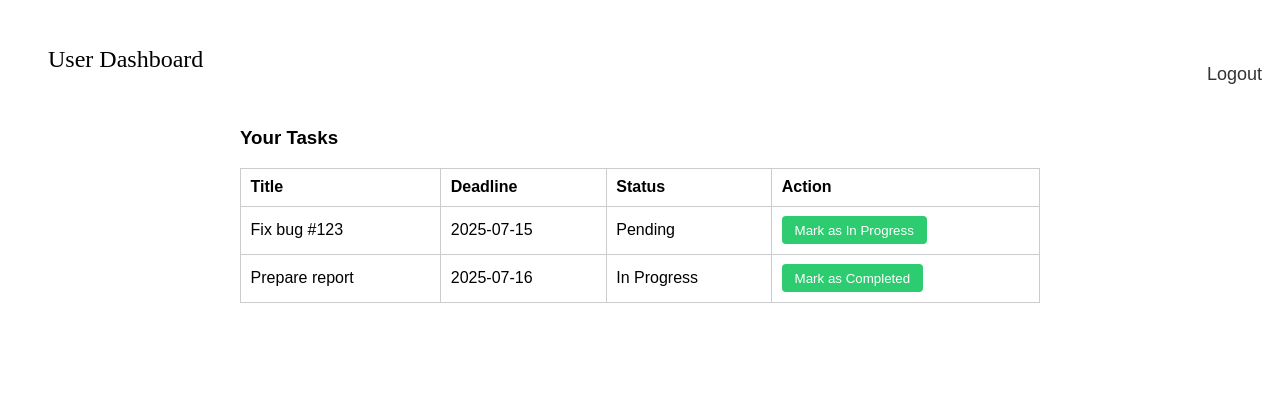
Repository: Edmund-Kiama/todoPHP
Page: /user (app in task-manager-frontend/)
An editor plug-in stored every save of this project. The page is shown before and after the next save, followed by the edit.
The browser window is 1280 px wide. The pictures show the whole page.
The project was rebuilt for these pictures with package versions that can differ from the ones it lists, and the page was loaded fresh each time. Also part of the build but not shown: task-manager-frontend/vite.config.js, task-manager-frontend/src/components/Login/login.css, task-manager-frontend/src/components/Login/Login.vue, task-manager-frontend/src/components/Admin/admin.css, task-manager-frontend/src/components/Admin/AdminDashboard.vue.

Above is the page before, as saved 2025-07-12 21:51:07.

After the next save:
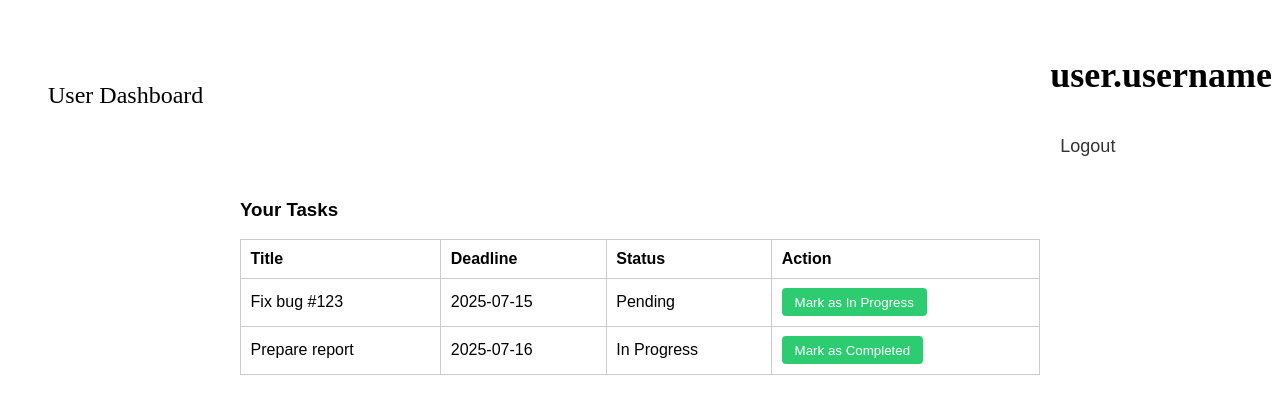
Saved 10 s later.
--- a/task-manager-frontend/src/components/Navbar/Navbar.vue
+++ b/task-manager-frontend/src/components/Navbar/Navbar.vue
@@ -5,7 +5,7 @@
       <li v-if="user.role === 'admin'">Admin Dashboard</li>
       <li v-if="user.role === 'user'">User Dashboard</li>
       <li>
-        <h2></h2>
+        <h2 >user.username</h2>
         <button @click="logout">Logout</button>
       </li>
     </ul>

After the save that followed:
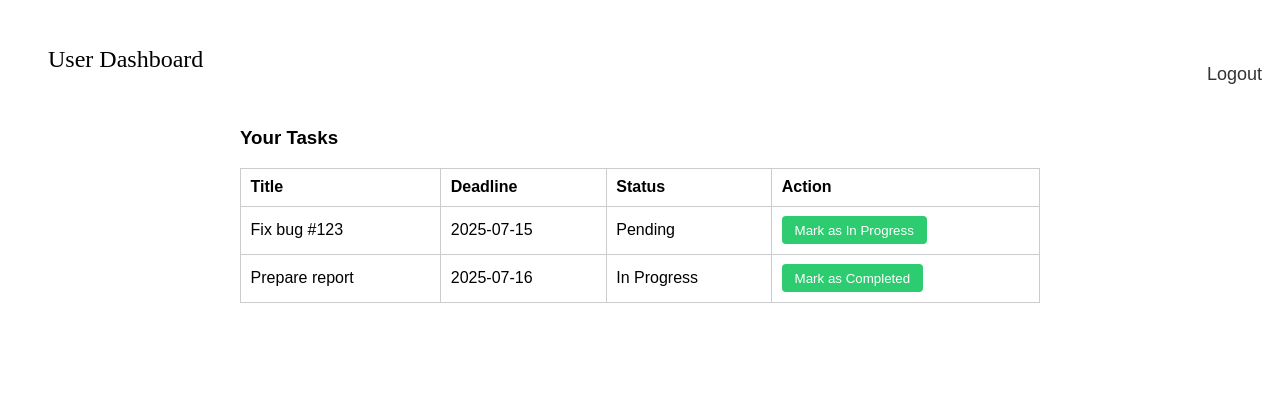
Saved 19 s later.
--- a/task-manager-frontend/src/components/Navbar/Navbar.vue
+++ b/task-manager-frontend/src/components/Navbar/Navbar.vue
@@ -5,7 +5,7 @@
       <li v-if="user.role === 'admin'">Admin Dashboard</li>
       <li v-if="user.role === 'user'">User Dashboard</li>
       <li>
-        <h2 >user.username</h2>
+        <h2 >{{user.username}}</h2>
         <button @click="logout">Logout</button>
       </li>
     </ul>
